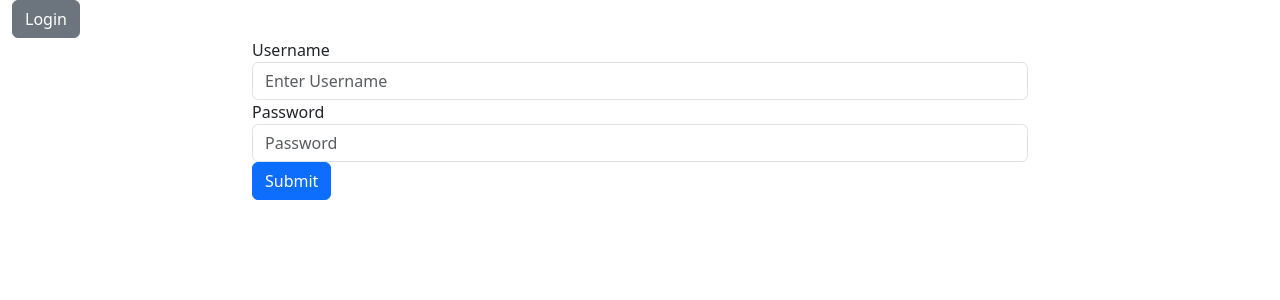
Repository: Vivek3072/webapp_shuniya_code.com
Page: /login
The author's editor kept a copy of each file at every save. The page is drawn from the files as they stood at one save, then again after the next save.
The browser window is 1280 px wide. The pictures show the whole page.
The project was rebuilt for these pictures with package versions that can differ from the ones it lists, and the page was loaded fresh each time. Also part of the build but not shown: src/components/Singup.js, src/home/Index.css, src/home/index.js. Imported but missing from the stored project, and not drawn on this page: src/axiosApi.

Above is the page before, as saved 2021-02-27 23:26:36.

After the next save:
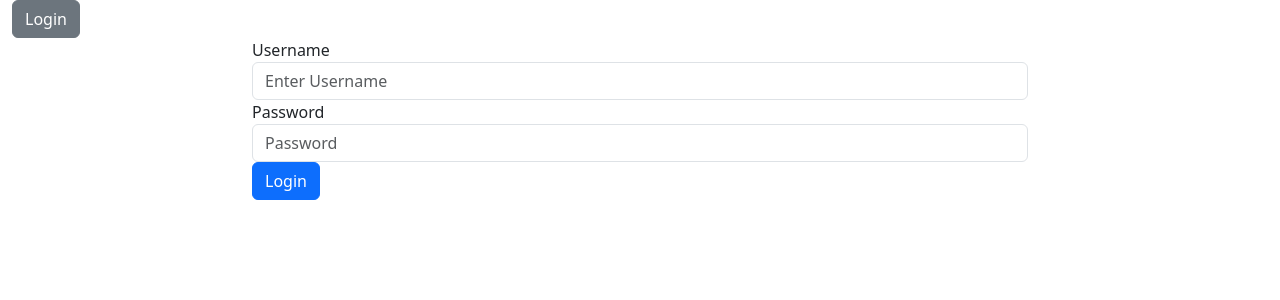
Saved 42 s later.
--- a/src/components/Login.js
+++ b/src/components/Login.js
@@ -87,7 +87,7 @@ class Login extends Component {
             />
           </div>
           <button type="submit" className="btn btn-primary">
-            Submit
+            Login
           </button>
         </form>
       </div>
